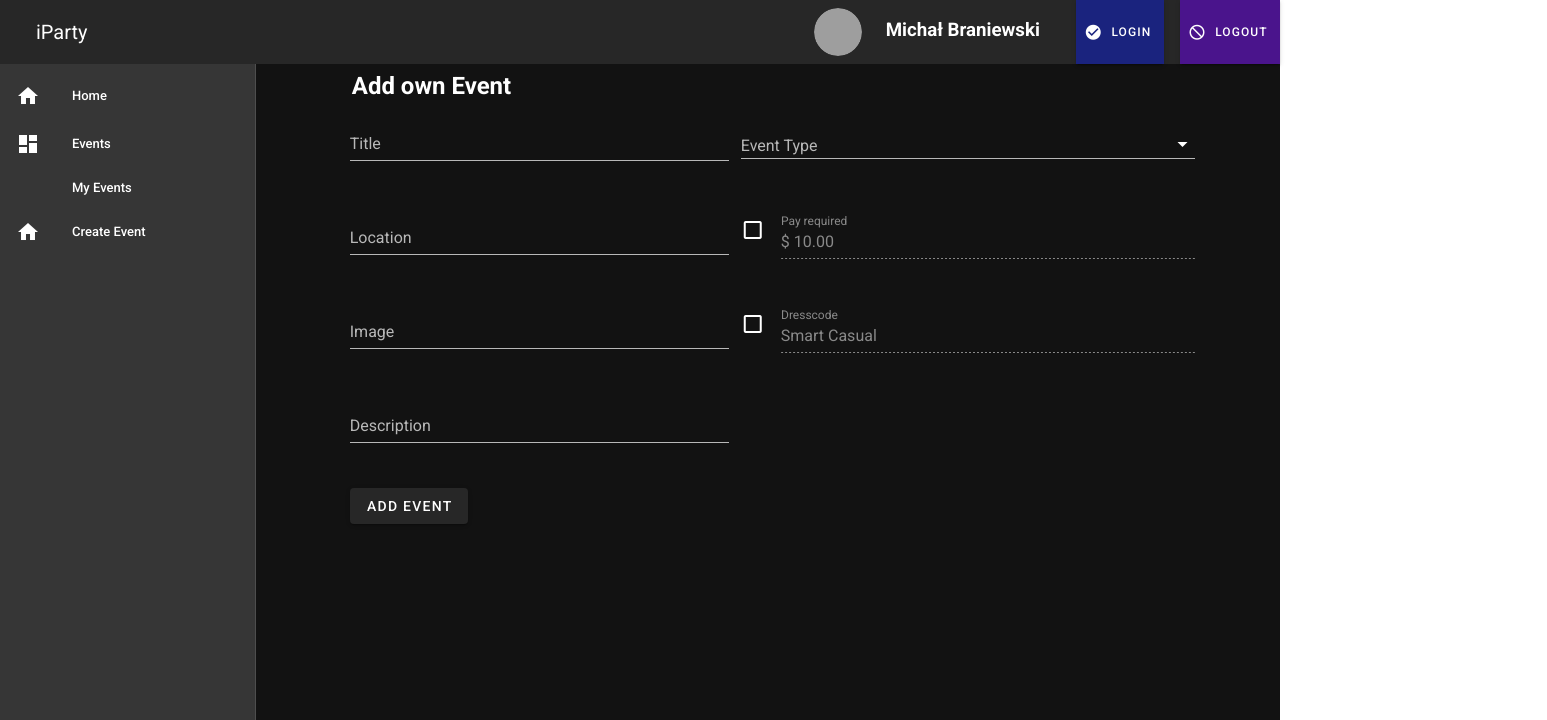
Repository: hexanek/partyapp
Page: /#/addevent
The author's editor kept a copy of each file at every save. The page is drawn from the files as they stood at one save, then again after the next save.
The browser window is 1280 px wide. The page is 1547 px wide, so the pictures cover 1547 px, including what lies to the right of the window. The pictures show the whole page.
Pictures or frames that could not be fetched are drawn as grey boxes. The project was rebuilt for these pictures with package versions that can differ from the ones it lists, and the page was loaded fresh each time. Also part of the build but not shown: vue.config.js, src/components/Popup.vue, src/components/Gmap.vue, src/components/Home.vue.

Above is the page before, as saved 2020-01-26 16:08:19.

### public/index.html
<!DOCTYPE html>
<html lang="en">
  <head>
    <meta charset="utf-8">
    <meta http-equiv="X-UA-Compatible" content="IE=edge">
    <meta name="viewport" content="width=device-width,initial-scale=1.0">
    <link rel="icon" href="<%= BASE_URL %>favicon.ico">
    <title>party-app</title>
    <link rel="stylesheet" href="https://fonts.googleapis.com/css?family=Roboto:100,300,400,500,700,900">
    <link rel="stylesheet" href="https://cdn.jsdelivr.net/npm/@mdi/font@latest/css/materialdesignicons.min.css">
  </head>
  <body>
    <noscript>
      <strong>We're sorry but party-app doesn't work properly without JavaScript enabled. Please enable it to continue.</strong>
    </noscript>
    <div id="app"></div>
    <!-- built files will be auto injected -->
  </body>
</html>

### src/main.js
import Vue from 'vue'
import App from './App.vue'
import vuetify from './plugins/vuetify';
import store from './store'
import router from './router'

Vue.config.productionTip = false

new Vue({
  vuetify,
  store,
  router,
  render: h => h(App)
}).$mount('#app')

### src/App.vue
<template>
  <v-app>
    <navbar>
    </navbar>
    <Footer>
    </Footer>
    <router-view></router-view>
  </v-app>
</template>

<script>
import Navbar from "./components/Navbar";
import Footer from "./components/Footer";


export default {
  name: "App",

  components: {
    Navbar,
    Footer,
  },

  data: () => ({
    //
  }),
  methods: {}
};
</script>

### src/plugins/vuetify.js
import Vue from "vue";
import Vuetify from "vuetify/lib";
import VueRouter from "vue-router";
import * as VueGoogleMaps from "vue2-google-maps";

Vue.use(Vuetify);
Vue.use(VueRouter);
Vue.use(VueGoogleMaps, {
  load: {
    key: "AIzaSyB6QzBesMB_MjqmuZF1p7hpCl8gg4kMEy8",
    libraries: "places"
  }
});

export default new Vuetify({
  theme: {
    dark: true
  }
});

### src/router/index.js
import Vue from "vue";
import VueRouter from "vue-router";
import EventForm from "../components/Event/EventForm.vue";
import Home from "../components/Home.vue";

Vue.use(VueRouter);

const routes = [
  {
    path: "/",
    name: "home",
    component: Home
  },
  {
    path: "/addevent",
    name: "AddEvent",
    component: EventForm

    // route level code-splitting
    // this generates a separate chunk (about.[hash].js) for this route
    // which is lazy-loaded when the route is visited.
    //component: () => import(/* webpackChunkName: "about" */ '../views/About.vue')
  }
];

const router = new VueRouter({
  routes
});
export default router;

### src/components/Navbar.vue
<template>
    <div>
        <v-navigation-drawer
      v-model="drawer"
      app
      clipped
    >
      <v-list dense>
         <v-list-item link>
          <v-list-item-action>
            <v-icon>mdi-home</v-icon>
          </v-list-item-action>
          <v-list-item-content>
            <v-list-item-title>
              <router-link to="/" tag="span">Home</router-link></v-list-item-title>
          </v-list-item-content>
          </v-list-item>
        <v-list-item link>
          <v-list-item-action>
            <v-icon>mdi-view-dashboard</v-icon>
          </v-list-item-action>
          <v-list-item-content>
            <v-list-item-title>Events</v-list-item-title>
          </v-list-item-content>
        </v-list-item>
        <v-list-item link>
          <v-list-item-action>
            <v-icon>mdi-settings</v-icon>
          </v-list-item-action>
          <v-list-item-content>
            <v-list-item-title>My Events</v-list-item-title>
          </v-list-item-content>
        </v-list-item>
         <v-list-item link>
          <v-list-item-action>
            <v-icon>mdi-home</v-icon>
          </v-list-item-action>
          <v-list-item-content>
            <v-list-item-title>
              <router-link to="/addevent" tag="span"> Create Event</router-link>
              </v-list-item-title>
          </v-list-item-content>
        </v-list-item>
      </v-list>
    </v-navigation-drawer>
     <v-app-bar
      flat
      app
      clipped-left
    >
      <v-app-bar-nav-icon class="hidden-sm-and-up" @click.stop="drawer = !drawer" />
      <v-toolbar-title>
        <router-link to="/" tag="span" style="cursor: pointer">iParty</router-link>
        </v-toolbar-title>
      <v-spacer></v-spacer>
      <v-toolbar-items>

        <v-avatar class="ma-2">
      <img
        src="https://cdn.vuetifyjs.com/images/john.jpg"
        alt="John"
      >
    </v-avatar>
        <h3 class="ma-4">Michał Braniewski</h3>
        <v-btn small rounded class="indigo darken-4 mx-5">
          <v-icon dark left>mdi-checkbox-marked-circle</v-icon>
          Login


          </v-btn>
           <v-btn small rounded class="purple darken-4 mx-5 ml-n1 mr-n4">
          <v-icon dark left>mdi-cancel</v-icon>
          Logout


          </v-btn>
      </v-toolbar-items>


    </v-app-bar>
    </div>
</template>

<script>
export default {
  name: "Navbar",
  data: () => ({
    drawer: null
  })
};
</script>

<style lang="scss" scoped>
</style>

### src/components/Footer.vue
<template>
    <div>
        <!-- <v-footer app>
            <span>&copy; 2020</span>
        </v-footer> -->
    </div>
</template>

<script>
    export default {
        name: 'Footer',

        data: () => ({

        })
    }
</script>

<style lang="scss" scoped>

</style>

### src/components/Event/EventForm.vue
<template>
    <div class="content">
        <v-container mt-12 pt-6>
            <v-layout row>
                <v-flex xs-12 offset-sm3 center pa-2>
                    <h2>Add own Event</h2>
                </v-flex>
            </v-layout>
            <v-layout row>
                <v-flex xs-12>
                    <form>
                        <v-layout row>
                            <v-flex xs-12 offset-sm3 sm-6 col-4>
                                <v-text-field
                                name="title"
                                label="Title"
                                id="title"
                                row-height="15"
                                v-model="this.title"
                                required></v-text-field>
                            </v-flex>
                            <v-select class="select"
                                 :items="this.types"
                                  label="Event Type"
                                  name="Event-Type"
                                   dense
                                 ></v-select>
                        </v-layout>
                         <v-layout row>
                            <v-flex xs-12 offset-sm3 sm-6 col-4>
                                <v-text-field
                                name="location"
                                label="Location"
                                id="location"
                                v-model="this.location"
                                required></v-text-field>
                            </v-flex>
                            <v-checkbox
                               v-model="pay"
                                  hide-details
                                class="shrink mr-2 mt-5"
                               ></v-checkbox>
                               <v-text-field
                               class="select"
                               prefix="$"
                               :disabled="!pay"
                               value="10.00"
                               label="Pay required"></v-text-field>
                        </v-layout>
                         <v-layout row>
                            <v-flex xs-12 offset-sm3 sm-3 col-4>
                                <v-text-field
                                name="imageUrl"
                                label="Image"
                                required
                                id="image"
                                v-model="this.imageUrl"
                                ></v-text-field>
                            </v-flex>
                             <v-checkbox
                               v-model="dresscode"
                                  hide-details
                                class="shrink mr-2 mt-5"
                               ></v-checkbox>
                               <v-text-field
                               class="select"
                               :disabled="!dresscode"
                               value="Smart Casual"
                               label="Dresscode"></v-text-field>
                        </v-layout>
                         <v-layout row>
                            <v-flex xs-12 offset-sm3 sm-3 col-4>
                                <v-text-field
                                name="description"
                                label="Description"
                                id="description"
                                rows="2"
                                v-model="this.description"
                                required></v-text-field>
                            </v-flex>
                        </v-layout>
                        <v-layout row>
                            <v-flex xs12 offset-sm3 sm-3 col-4>
                                <v-btn>Add Event</v-btn>
                            </v-flex>
                        </v-layout>
                    </form>
                </v-flex>
            </v-layout>
        </v-container>
    </div>
</template>

<script>
export default {
  name: "EventForm",
  data: function () {
    return {
        title: '',
        location: '',
        description: '',
        imageUrl: '',
        types: ['Wydarzenie', 'Klub', 'Lokal', 'Plener', 'Koncert'],
        pay: false,
        dresscode: false,

    }
  }
};
</script>

<style lang="scss" scoped>
.content {
  justify-content: center;
}
.select {
    padding-top: 28px;
    padding-right: 50px;
}
</style>

Loaded but not shown: src/store/index.js (common file)

After the next save:
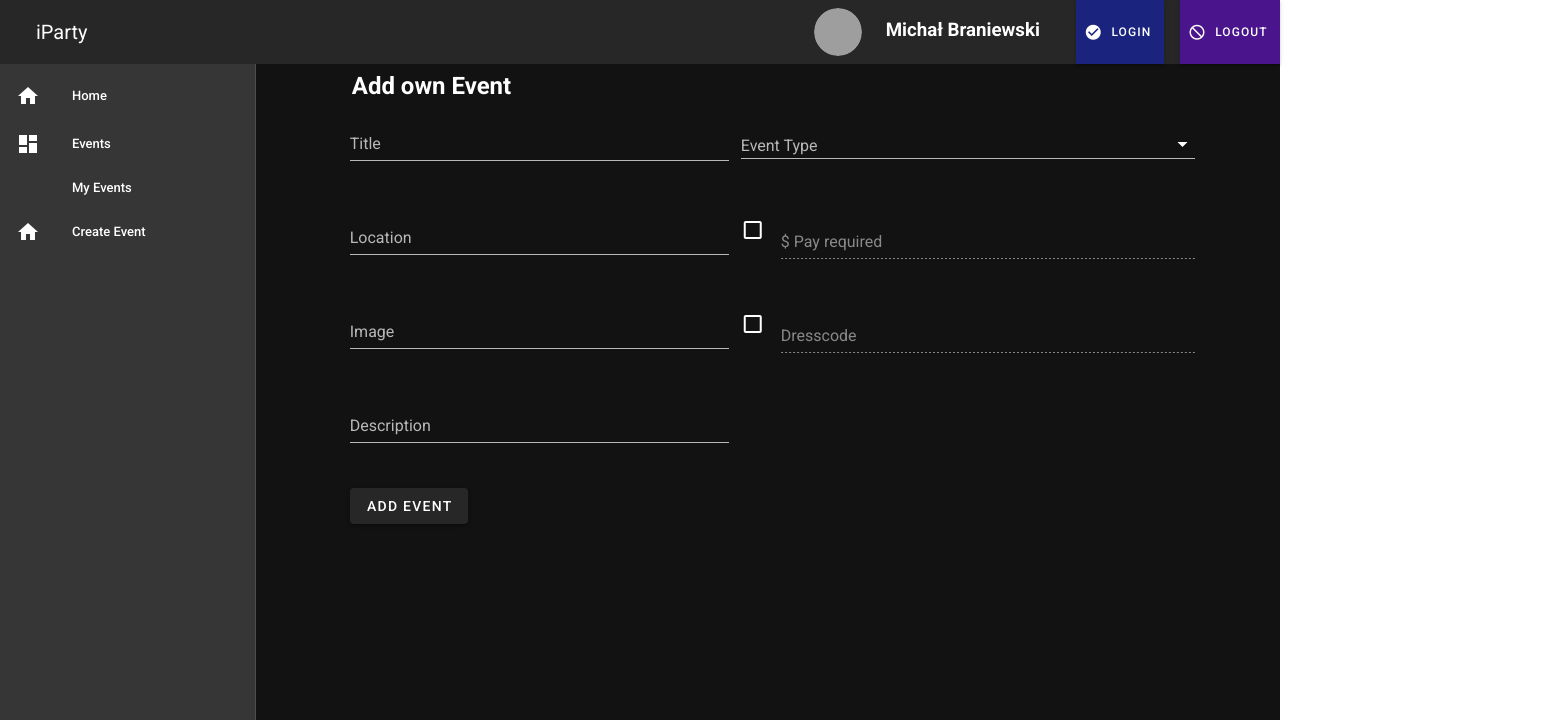
Saved 107 s later.
--- a/src/components/Event/EventForm.vue
+++ b/src/components/Event/EventForm.vue
@@ -45,7 +45,8 @@
                                prefix="$"
                                :disabled="!pay"
                                value="10.00"
-                               label="Pay required"></v-text-field>
+                               label="Pay required"
+                               v-model="this.cash"></v-text-field>
                         </v-layout>
                          <v-layout row>
                             <v-flex xs-12 offset-sm3 sm-3 col-4>
@@ -66,7 +67,8 @@
                                class="select"
                                :disabled="!dresscode"
                                value="Smart Casual"
-                               label="Dresscode"></v-text-field>
+                               label="Dresscode"
+                               v-model="this.dress"></v-text-field>
                         </v-layout>
                          <v-layout row>
                             <v-flex xs-12 offset-sm3 sm-3 col-4>
@@ -103,6 +105,8 @@ export default {
         types: ['Wydarzenie', 'Klub', 'Lokal', 'Plener', 'Koncert'],
         pay: false,
         dresscode: false,
+        dress: '',
+        cash: '',
 
     }
   }
